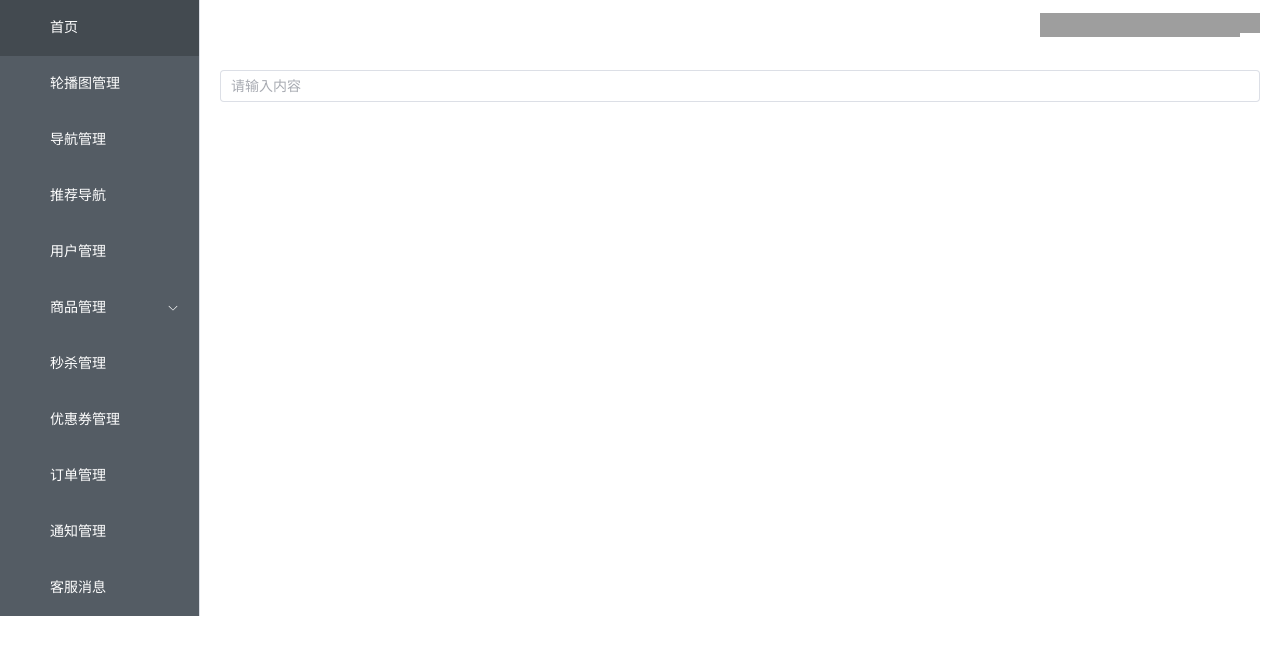
Repository: xinwuhao/CCG
Page: /swiper
These files come from the project's save history. The page is drawn as it stood at one moment and after the next save; the edit follows.
The browser window is 1280 px wide. The pictures show the whole page.
Pictures or frames that could not be fetched are drawn as grey boxes. The project was rebuilt for these pictures with package versions that can differ from the ones it lists, and the page was loaded fresh each time. Also part of the build but not shown: vite.config.ts.

Above is the page before, as saved 2021-09-22 13:55:25.

### src/main.ts
import { createApp } from 'vue'
import App from "./App.vue";
import router from "./router"
import ElementPlus from 'element-plus'
import 'element-plus/dist/index.css'
import * as Icons from '@element-plus/icons'
import { toLine } from './utils/index'

const app = createApp(App)

for (let i in Icons) {
    app.component(`el-icon${toLine(i)}`, (Icons as any)[i])
}

app.use(router)
app.use(ElementPlus)
app.mount('#app')

### src/App.vue
<template>
  <div>
    <router-view></router-view>
  </div>
</template>

<script setup lang="ts">
</script>

<style lang='scss'>
@import "./scssbox.scss";
</style>

### src/router/index.ts
import { createRouter, createWebHistory, RouteRecordRaw } from 'vue-router'
// import Home from '../views/homepage/homepage.vue'
import Layout from '../views/layout/Layout.vue'

const routes: Array<RouteRecordRaw> = [
  {
    path: '/login',
    name: 'Logon',
    component: () => import('../views/login/Login.vue'),
    meta: {
      title: '登录'
    }
  },
  {
    path: '/',
    component: Layout,
    // 子路由: children
    children: [
      {
        path: '/',
        name: '/',
        component: () => import('../views/homepage/homepage.vue'),
        meta: {
          title: '首页',
          meta: '/homepage'
        }
      },
      {
        path: '/discount',
        name: 'discount',
        component: () => import('../views/discount/discount.vue'),
        meta: {
          title: '优惠券管理',
          meta: '/discount'
        }
      },
      {
        path: '/navigation',
        name: 'navigation',
        component: () => import('../views/navigation/navigation.vue'),
        meta: {
          title: '导航管理',
          meta: '/navigation'
        }
      },
      {
        path: '/swiper',
        name: 'swiper',
        component: () => import('../views/swiper/swiper.vue'),
        meta: {
          title: '轮播图管理',
          meta: '/swiper'
        }
      },
      {
        path: '/recommend',
        name: 'recommend',
        component: () => import('../views/recommend/recommend.vue'),
        meta: {
          title: '推荐导航',
          meta: '/recommend'
        }
      },
      {
        path: '/user',
        name: 'user',
        component: () => import('../views/user/user.vue'),
        meta: {
          title: '用户管理',
          meta: '/user'
        }
      },
      {
        path: '/addgoods',
        name: 'addgoods',
        component: () => import('../views/goods/addgoods.vue'),
        meta: {
          title: '添加商品',
          meta: '/addgoods'
        }
      },
      {
        path: '/sortgoods',
        name: 'sortgoods',
        component: () => import('../views/goods/sortgoods.vue'),
        meta: {
          title: '商品分类',
          meta: '/sortgoods'
        }
      },
      {
        path: '/modelgoods',
        name: 'modelgoods',
        component: () => import('../views/goods/modelgoods.vue'),
        meta: {
          title: '商品模型',
          meta: '/modelgoods'
        }
      },
      {
        path: '/specsgoods',
        name: 'specsgoods',
        component: () => import('../views/goods/specsgoods.vue'),
        meta: {
          title: '商品规格',
          meta: '/specsgoods'
        }
      },
      {
        path: '/parametergoods',
        name: 'parametergoods',
        component: () => import('../views/goods/parametergoods.vue'),
        meta: {
          title: '商品参数',
          meta: '/parametergoods'
        }
      },
      {
        path: '/specifications',
        name: 'specifications',
        component: () => import('../views/goods/specifications.vue'),
        meta: {
          title: '规格参数',
          meta: '/specifications'
        }
      },
      {
        path: '/seckill',
        name: 'seckill',
        component: () => import('../views/seckill/seckill.vue'),
        meta: {
          title: '秒杀管理',
          meta: '/seckill'
        }
      },
      {
        path: '/order',
        name: 'order',
        component: () => import('../views/order/order.vue'),
        meta: {
          title: '订单管理',
          meta: '/order'
        }
      },
      {
        path: '/notice',
        name: 'notice',
        component: () => import('../views/notice/notice.vue'),
        meta: {
          title: '通知管理',
          meta: '/notice'
        }
      },
      {
        path: '/news',
        name: 'news',
        component: () => import('../views/news/news.vue'),
        meta: {
          title: '客服消息',
          meta: '/news'
        }
      },
    ]
  }
]

const router = createRouter({
  history: createWebHistory(),
  routes
})

router.beforeEach((to, from, next) => {
  document.title = to.meta.title as string
  next()
})

export default router

### src/utils/index.ts
export const toLine = (str: string) => {
  return str.replace(/([A-Z])/g, "-$1").toLowerCase()
}

### src/scssbox.scss
* {
    margin: 0;
    padding: 0;
}

html,
body,
#app,
.el-container,
.el-menu {
    height: 100%;
}

### src/views/layout/Layout.vue
<template>
  <el-container>
    <el-aside width="auto">
      <nav-left :isCollapse='isCollapse'></nav-left>
    </el-aside>
    <el-container>
     <el-header>
        <nav-header v-model:isCollapse='isCollapse'></nav-header>
     </el-header>
      <el-main>
        <router-view></router-view>
      </el-main>
    </el-container>
  </el-container>
</template>

<script setup lang="ts">
import { ref, reactive } from 'vue'
import NavHeader from  '../../components/navHeader/NavHeader.vue'
import NavLeft from  '../../components/navLeft/NavLeft.vue'

interface Data {
  name: string,
  age: number
}

let isCollapse = ref<boolean>(false)
let data = reactive<Data>({
  name: 'jack',
  age: 20
})
</script>

<style scoped lang="scss">
.el-header {
  height: 50px;
  padding: 0;
}
</style>

### src/views/swiper/swiper.vue
<template>
  <div>
    <div>
      <el-input placeholder="请输入内容" v-model="input" clearable> </el-input>
    </div>
  </div>
</template>

<script setup lang="ts">
import { ref } from "vue";

let input
</script>

<style scoped>
</style>

### src/components/navHeader/NavHeader.vue
<template>
  <div class="header">
    <div @click="toggle" class="cent">
      <el-icon-expand v-if="isCollapse"></el-icon-expand>
      <el-icon-fold v-else></el-icon-fold>
      <div class="cenn">
        <iframe
          width="200"
          height="24"
          frameborder="0"
          scrolling="no"
          hspace="0"
          src="https://i.tianqi.com/?c=code&id=11"
        ></iframe>
        <div>
          <img
            src="https://img0.baidu.com/it/u=3730772664,138405132&fm=26&fmt=auto"
            class="img"
          />
        </div>
      </div>
    </div>
  </div>
</template>

<script lang='ts' setup>
import { ref } from "vue";
import { Fold, Expand } from "@element-plus/icons";

let props = defineProps({
  isCollapse: {
    type: Boolean,
    default: false,
  },
});
let emits = defineEmits(["update:isCollapse"]);
let toggle = () => {
  emits("update:isCollapse", !props.isCollapse);
};
</script>

<style lang='scss' scoped>
svg {
  width: 20px;
  height: 20px;
}
.header {
  height: 50px;
  display: flex;
  align-items: center;
  padding: 0 20px;
}
.cent {
  display: flex;
  width: 100%;
}
.cenn {
  display: flex;
  justify-content: flex-end;
  width: 100%;
}
.img {
  width: 20px;
  height: 20px;
}
</style>

### src/components/navLeft/NavLeft.vue
<template>
  <el-menu
    :uniqueOpened="true"
    default-active="1"
    class="el-menu"
    background-color="#545c64"
    text-color="#fff"
    active-text-color="#ffd04b"
    :collapse="isCollapse"
    :router="true"
  >
    <template v-for="(item, index) in arr" :key="index">
      <el-menu-item :index="item.path" v-if="item.name !== '商品管理'">
        <component :is="item.i" class="iconbox"></component>
        <template #title>{{ item.name }}</template>
      </el-menu-item>
      <el-sub-menu :index="item.path" v-else>
        <template #title>
          <component :is="item.i" class="iconbox"></component>
          <span>{{ item.name }}</span>
        </template>
        <template v-for="(item1, index1) in arr1" :key="index1">
          <el-menu-item :index="item1.path">
            <component :is="item1.i" class="iconbox"></component>
            <span> {{ item1.name }}</span>
          </el-menu-item>
        </template>
      </el-sub-menu>
    </template>
  </el-menu>
</template>

<script lang='ts' setup>
import { ref } from "vue";
let arr = ref<any>([
  { name: "首页", i: "el-icon-house", path: "/" },
  { name: "轮播图管理", i: "el-icon-help", path: "/swiper" },
  { name: "导航管理", i: "el-icon-data-line", path: "/navigation" },
  { name: "推荐导航", i: "el-icon-document-copy", path: "/recommend" },
  { name: "用户管理", i: "el-icon-user", path: "/user" },
  { name: "商品管理", i: "el-icon-paperclip", path: "" },
  { name: "秒杀管理", i: "el-icon-reading", path: "/seckill" },
  { name: "优惠券管理", i: "el-icon-coin", path: "/discount" },
  { name: "订单管理", i: "el-icon-set-up", path: "/order" },
  { name: "通知管理", i: "el-icon-microphone", path: "/notice" },
  { name: "客服消息", i: "el-icon-chat-line-round", path: "/news" },
]);
let arr1 = ref<any>([
  { name: "添加商品", i: "el-icon-document-add", path: "/addgoods" },
  { name: "商品分类", i: "el-icon-tickets", path: "/sortgoods" },
  { name: "商品模型", i: "el-icon-set-up", path: "/modelgoods" },
  { name: "商品参数", i: "el-icon-cpu", path: "/parametergoods" },
  { name: "规格参数", i: "el-icon-takeaway-box", path: "/specifications" },
]);
let props = defineProps({
  isCollapse: {
    type: Boolean,
    default: false,
  },
});
</script>

<style lang='scss' scoped>
.el-menu:not(.el-menu--collapse) {
  width: 200px;
}
.iconbox {
  width: 20px;
  height: 20px;
  margin-right: 10px;
}
</style>

Loaded but not shown: index.html (common file)

After the next save:
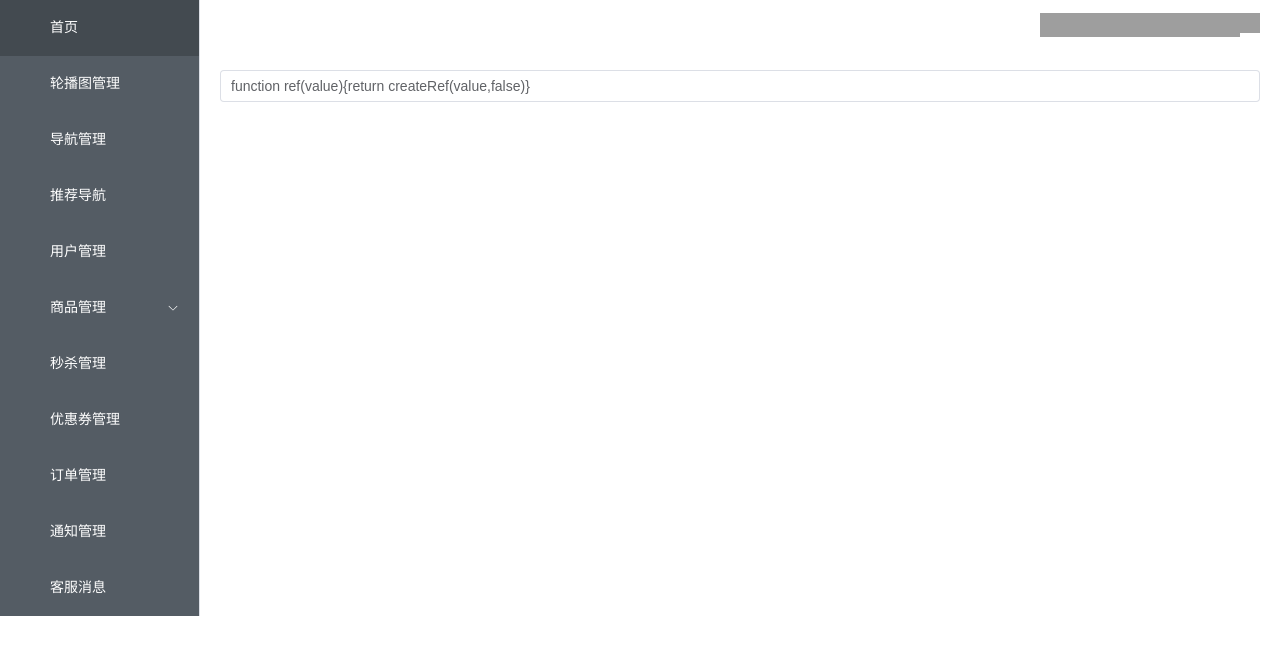
Saved 4 s later.
--- a/src/views/swiper/swiper.vue
+++ b/src/views/swiper/swiper.vue
@@ -9,7 +9,7 @@
 <script setup lang="ts">
 import { ref } from "vue";
 
-let input
+let input=ref
 </script>
 
 <style scoped>
